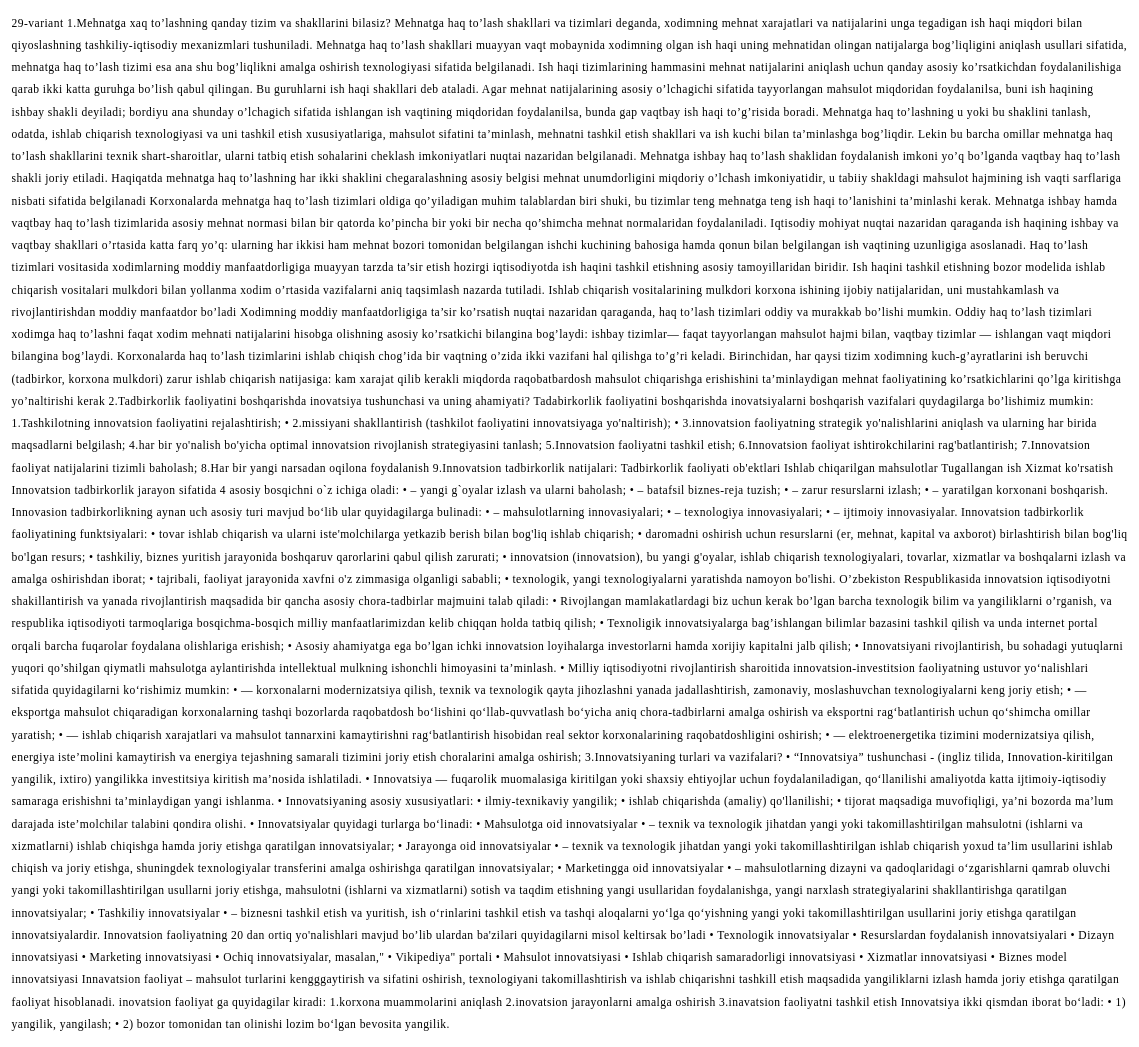
Repository: Ikromkhurozov/tsue-exam-answers
Page: index.html
These files come from the project's save history. The page is drawn as it stood at one moment and after a run of saves; the edit follows.
The browser window is 1280 px wide. The pictures show the whole page, at 89% of full size.

Above is the page before, as saved 2024-01-15 00:53:20.

After the next 2 saves:
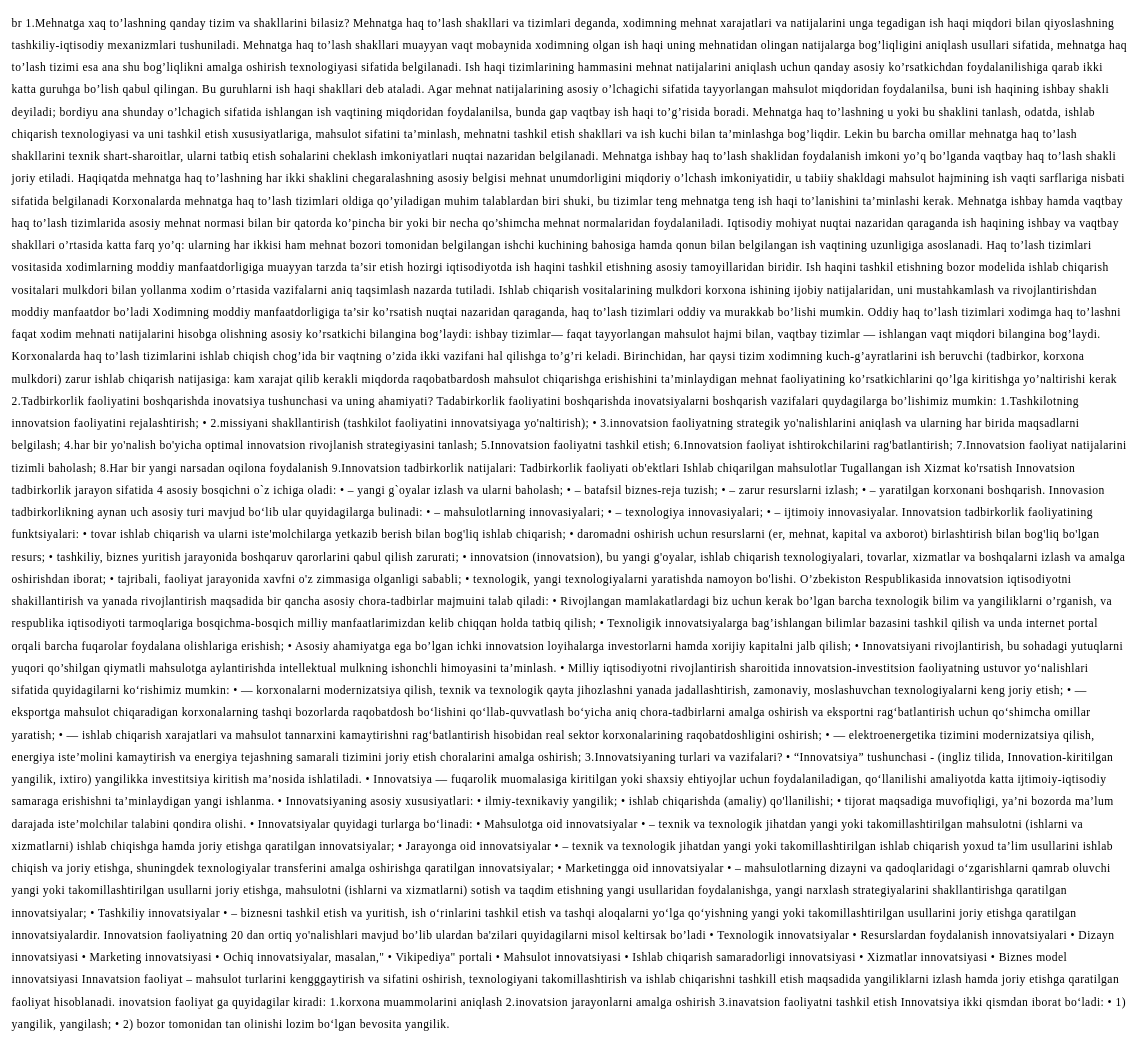
The 2 saves are shown as one change because they came seconds apart.
The last was saved 2 min 28 s later.
--- a/index.html
+++ b/index.html
@@ -25,7 +25,7 @@
    <div>
 
 
-      29-variant
+      br
 1.Mehnatga xaq to’lashning qanday tizim va shakllarini bilasiz? Mehnatga haq to’lash shakllari va tizimlari deganda, xodimning mehnat xarajatlari va natijalarini unga tegadigan ish haqi miqdori bilan qiyoslashning tashkiliy-iqtisodiy mexanizmlari tushuniladi. Mehnatga haq to’lash shakllari muayyan vaqt mobaynida xodimning olgan ish haqi uning mehnatidan olingan natijalarga bog’liqligini aniqlash usullari sifatida, mehnatga haq to’lash tizimi esa ana shu bog’liqlikni amalga oshirish texnologiyasi sifatida belgilanadi.
 Ish haqi tizimlarining hammasini mehnat natijalarini aniqlash uchun qanday asosiy ko’rsatkichdan foydalanilishiga qarab ikki katta guruhga bo’lish qabul qilingan. Bu guruhlarni ish haqi shakllari deb ataladi. Agar mehnat natijalarining asosiy o’lchagichi sifatida tayyorlangan mahsulot miqdoridan foydalanilsa, buni ish haqining ishbay shakli deyiladi; bordiyu ana shunday o’lchagich sifatida ishlangan ish vaqtining miqdoridan foydalanilsa, bunda gap vaqtbay ish haqi to’g’risida boradi.
 Mehnatga haq to’lashning u yoki bu shaklini tanlash, odatda, ishlab chiqarish texnologiyasi va uni tashkil etish xususiyatlariga, mahsulot sifatini ta’minlash, mehnatni tashkil etish shakllari va ish kuchi bilan ta’minlashga bog’liqdir. Lekin bu barcha omillar mehnatga haq to’lash shakllarini texnik shart-sharoitlar, ularni tatbiq etish sohalarini cheklash imkoniyatlari nuqtai nazaridan belgilanadi. Mehnatga ishbay haq to’lash shaklidan foydalanish imkoni yo’q bo’lganda vaqtbay haq to’lash shakli joriy etiladi. Haqiqatda mehnatga haq to’lashning har ikki shaklini chegaralashning asosiy belgisi mehnat unumdorligini miqdoriy o’lchash imkoniyatidir, u tabiiy shakldagi mahsulot hajmining ish vaqti sarflariga nisbati sifatida belgilanadi

After the save that followed:
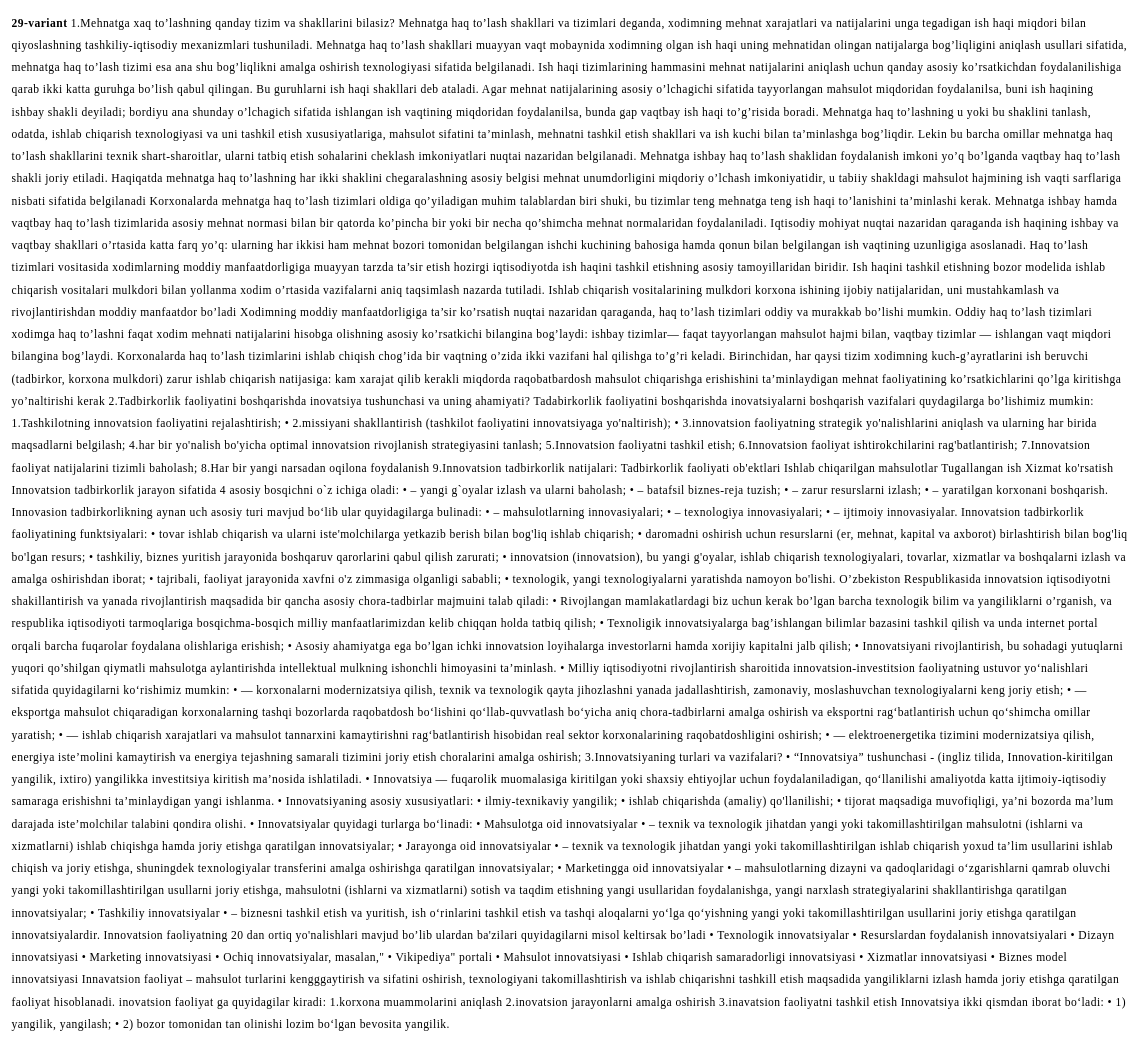
Saved 4 s later.
--- a/index.html
+++ b/index.html
@@ -25,7 +25,7 @@
    <div>
 
 
-      br
+      <b>29-variant</b>
 1.Mehnatga xaq to’lashning qanday tizim va shakllarini bilasiz? Mehnatga haq to’lash shakllari va tizimlari deganda, xodimning mehnat xarajatlari va natijalarini unga tegadigan ish haqi miqdori bilan qiyoslashning tashkiliy-iqtisodiy mexanizmlari tushuniladi. Mehnatga haq to’lash shakllari muayyan vaqt mobaynida xodimning olgan ish haqi uning mehnatidan olingan natijalarga bog’liqligini aniqlash usullari sifatida, mehnatga haq to’lash tizimi esa ana shu bog’liqlikni amalga oshirish texnologiyasi sifatida belgilanadi.
 Ish haqi tizimlarining hammasini mehnat natijalarini aniqlash uchun qanday asosiy ko’rsatkichdan foydalanilishiga qarab ikki katta guruhga bo’lish qabul qilingan. Bu guruhlarni ish haqi shakllari deb ataladi. Agar mehnat natijalarining asosiy o’lchagichi sifatida tayyorlangan mahsulot miqdoridan foydalanilsa, buni ish haqining ishbay shakli deyiladi; bordiyu ana shunday o’lchagich sifatida ishlangan ish vaqtining miqdoridan foydalanilsa, bunda gap vaqtbay ish haqi to’g’risida boradi.
 Mehnatga haq to’lashning u yoki bu shaklini tanlash, odatda, ishlab chiqarish texnologiyasi va uni tashkil etish xususiyatlariga, mahsulot sifatini ta’minlash, mehnatni tashkil etish shakllari va ish kuchi bilan ta’minlashga bog’liqdir. Lekin bu barcha omillar mehnatga haq to’lash shakllarini texnik shart-sharoitlar, ularni tatbiq etish sohalarini cheklash imkoniyatlari nuqtai nazaridan belgilanadi. Mehnatga ishbay haq to’lash shaklidan foydalanish imkoni yo’q bo’lganda vaqtbay haq to’lash shakli joriy etiladi. Haqiqatda mehnatga haq to’lashning har ikki shaklini chegaralashning asosiy belgisi mehnat unumdorligini miqdoriy o’lchash imkoniyatidir, u tabiiy shakldagi mahsulot hajmining ish vaqti sarflariga nisbati sifatida belgilanadi
